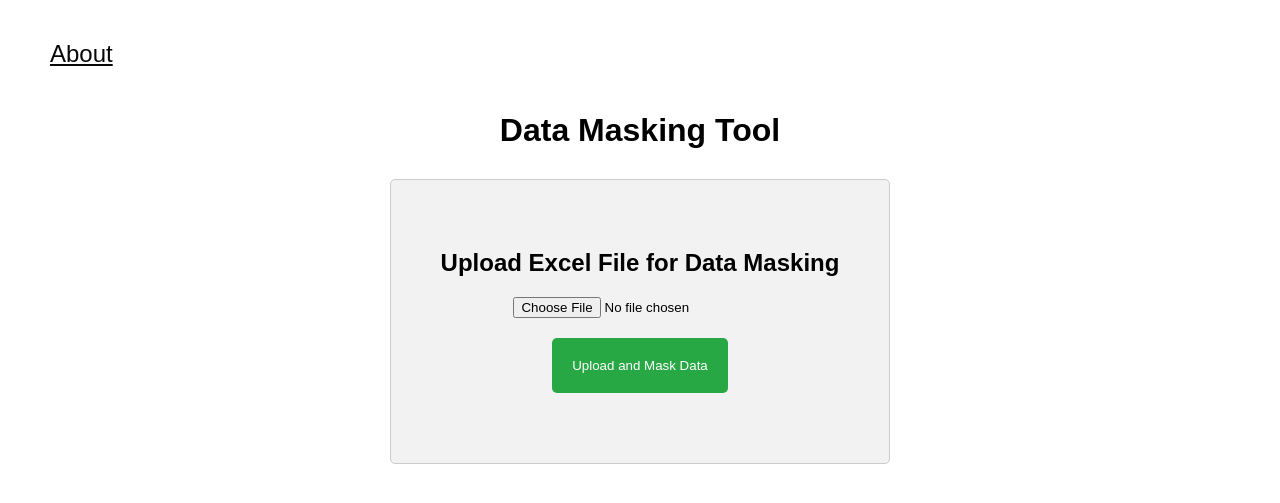
Repository: prithika12/DataMasking_Tool
Page: index.html
An editor plug-in stored every save of this project. The page is shown before and after the next save, followed by the edit.
The browser window is 1280 px wide. The pictures show the whole page.

Above is the page before, as saved 2024-07-09 11:54:54.

### index.html
<!DOCTYPE html>
<html>
<head>
    <title>Data Masking Tool</title>
    <style>
        body {
            font-family: Arial, sans-serif;
            margin: 0px;
            padding: 0;
            display: flex;
            flex-direction: column; /* Align items in a column */
            justify-content: center; /* Center vertically */
            align-items: center; /* Center horizontally */
            height: 80vh; /* Full viewport height */
        }
        .container {
            max-width: 600px;
            padding: 50px;
            background-color: #f2f2f2;
            border: 1px solid #ccc;
            border-radius: 5px;
            text-align: center; /* Center text inside container */
        }
        h1 {
            text-align: center; /* Center text */
            margin-top: 0; /* Remove default margin */
            margin-bottom: 30px;
        }
        h2 {
            text-align: center;
        }
        input[type="file"] {
            display: block;
            margin: 20px auto;
        }
        button {
            display: block;
            margin: 20px auto;
            padding: 20px 20px;
            background-color: #28a745;
            color: white;
            border: none;
            border-radius: 5px;
            cursor: pointer;
        }
        button:hover {
            background-color: #218838;
        }
        .about-link {
            position: absolute;
            top: 20px;
            left: 20px;
            padding: 20px 30px;
        }
        .about-link a {
            color: #070708;
            font-size: x-large;
            text-decoration: underline;
        }
        .about-link a:hover {
            text-decoration: underline;
        }
    </style>
</head>
<body>
    <h1>Data Masking Tool</h1>
    <div class="container">
        <h2>Upload Excel File for Data Masking</h2>
        <form action="/uploader" method="post" enctype="multipart/form-data">
            <input type="file" name="file" accept=".xlsx">
            <button type="submit">Upload and Mask Data</button>
        </form>
    </div>
    <div class="about-link">
        <a href="https://github.com/prithika12/DataMasking_Tool/blob/main/README.md" target="_blank">About</a>
    </div>
</body>
</html>

After the next save:
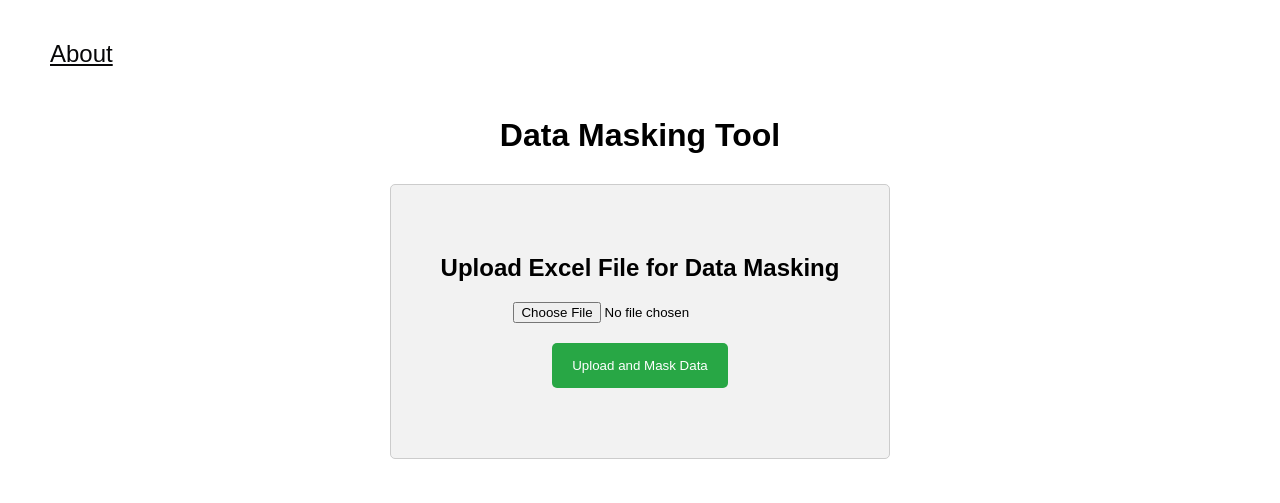
Saved 7 s later.
--- a/index.html
+++ b/index.html
@@ -36,7 +36,7 @@
         button {
             display: block;
             margin: 20px auto;
-            padding: 20px 20px;
+            padding: 15px 20px;
             background-color: #28a745;
             color: white;
             border: none;
